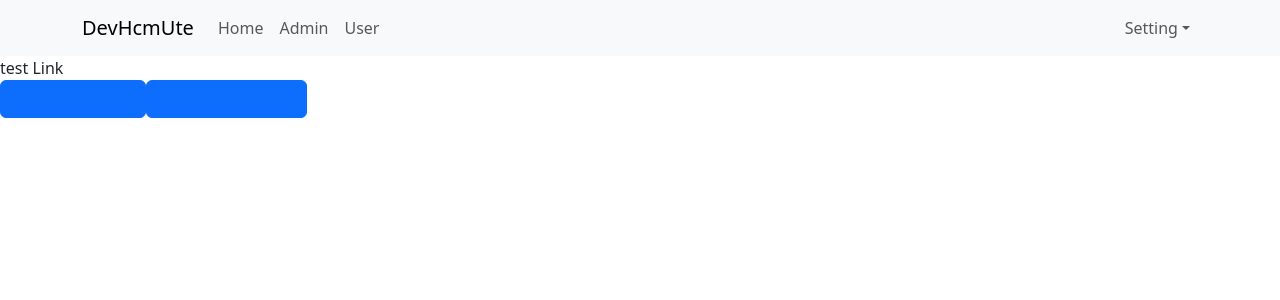
Repository: nnbxxx/React-Untimate
Page: /
An editor plug-in stored every save of this project. The page is shown before and after the next save, followed by the edit.
The browser window is 1280 px wide. The pictures show the whole page.
The project was rebuilt for these pictures with package versions that can differ from the ones it lists, and the page was loaded fresh each time. Also part of the build but not shown: src/components/User/User.js, src/components/Admin/Admin.js.

Above is the page before, as saved 2023-04-11 16:33:39.

### src/index.js
import React from "react";
import ReactDOM from "react-dom/client";
import App from "./App";
import reportWebVitals from "./reportWebVitals";
import { Provider } from "react-redux";
import store from "./redux/store";
import "bootstrap/dist/css/bootstrap.min.css";
import User from "./components/User/User";
import Admin from "./components/Admin/Admin";
import {
  createBrowserRouter,
  RouterProvider,
  BrowserRouter,
  Route,
  Routes,
} from "react-router-dom";
const root = ReactDOM.createRoot(document.getElementById("root"));
root.render(
  <Provider store={store}>
    {/* <React.StrictMode> */}
    <BrowserRouter>
      <Routes>
        <Route path='/' element={<App />} />
        <Route path='users' element={<User />} />
        <Route path='admins' element={<Admin />} />
      </Routes>
    </BrowserRouter>

    {/* </React.StrictMode> */}
  </Provider>
);

// If you want to start measuring performance in your app, pass a function
// to log results (for example: reportWebVitals(console.log))
// or send to an analytics endpoint. Learn more: https://bit.ly/CRA-vitals
reportWebVitals();

### src/App.js
import { Button } from "react-bootstrap";
import "./App.scss";
import Header from "./components/Header/Header";
import { Link } from "react-router-dom";

const App = () => {
  return (
    <div className='app-container'>
      <Header />
      <div>
        test Link
        <div>
          <Button>
            <Link to='./users'>Go to user page</Link>
          </Button>
          <Button>
            <Link to='./admins'>Go to admin page</Link>
          </Button>
        </div>
      </div>
    </div>
  );
};

export default App;

### src/App.scss
body {
  padding: 0;
  margin: 0;
  font-family: -apple-system, BlinkMacSystemFont, "Segoe UI", "Roboto", "Oxygen",
    "Ubuntu", "Cantarell", "Fira Sans", "Droid Sans", "Helvetica Neue",
    sans-serif;
  -webkit-font-smoothing: antialiased;
  -moz-osx-font-smoothing: grayscale;
}

### src/components/Header/Header.js
import Container from "react-bootstrap/Container";
import Nav from "react-bootstrap/Nav";
import Navbar from "react-bootstrap/Navbar";
import NavDropdown from "react-bootstrap/NavDropdown";
import { Link } from "react-router-dom";

const Header = () => {
  return (
    <Navbar bg='light' expand='lg'>
      <Container>
        <Navbar.Brand href='/'>DevHcmUte</Navbar.Brand>
        <Navbar.Toggle aria-controls='basic-navbar-nav' />
        <Navbar.Collapse id='basic-navbar-nav'>
          <Nav className='me-auto'>
            <Nav.Link href='/'>Home</Nav.Link>
            <Nav.Link href='admins'>Admin</Nav.Link>
            <Nav.Link href='users'>User</Nav.Link>
          </Nav>
          <Nav>
            <NavDropdown title='Setting' id='basic-nav-dropdown'>
              <NavDropdown.Item href='#action/3.1'>Log in</NavDropdown.Item>
              <NavDropdown.Item href='#action/3.2'>Log out</NavDropdown.Item>
              <NavDropdown.Item href='#action/3.3'>Profile</NavDropdown.Item>
              <NavDropdown.Divider />
              <NavDropdown.Item href='#action/3.4'>
                Separated link
              </NavDropdown.Item>
            </NavDropdown>
          </Nav>
        </Navbar.Collapse>
      </Container>
    </Navbar>
  );
};

export default Header;

Loaded but not shown: public/index.html (common file); src/reportWebVitals.js (common file); src/redux/store.js (common file); src/redux/reducer/rootReducer.js (common file); src/redux/reducer/counterReducer.js (common file); src/redux/action/counterAction.js (common file)

After the next save:
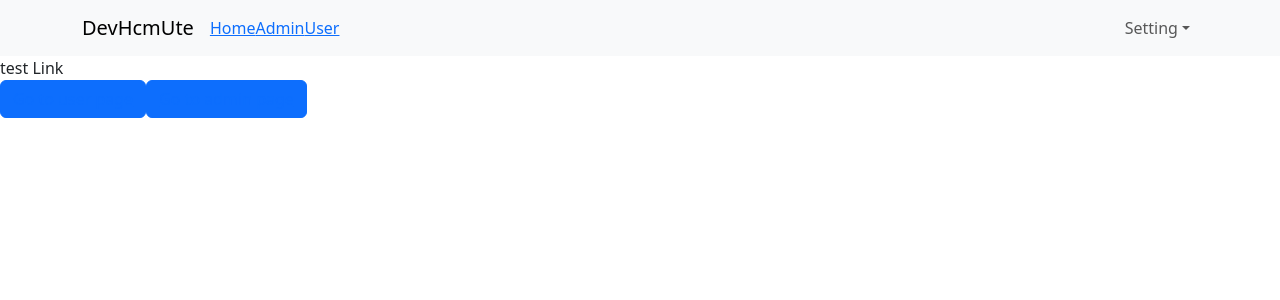
Saved 11 s later.
--- a/src/components/Header/Header.js
+++ b/src/components/Header/Header.js
@@ -12,9 +12,9 @@
         <Navbar.Toggle aria-controls='basic-navbar-nav' />
         <Navbar.Collapse id='basic-navbar-nav'>
           <Nav className='me-auto'>
-            <Nav.Link href='/'>Home</Nav.Link>
-            <Nav.Link href='admins'>Admin</Nav.Link>
-            <Nav.Link href='users'>User</Nav.Link>
+            <Link href='/'>Home</Link>
+            <Link href='admins'>Admin</Link>
+            <Link href='users'>User</Link>
           </Nav>
           <Nav>
             <NavDropdown title='Setting' id='basic-nav-dropdown'>

After the 2 saves that followed:
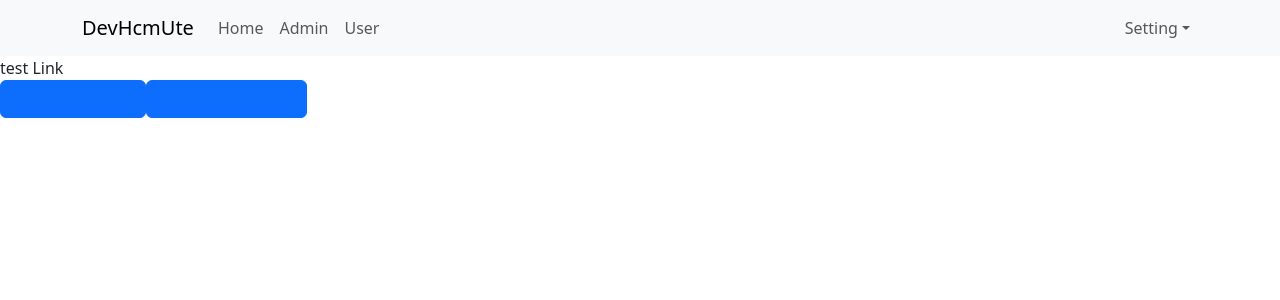
The 2 saves are shown as one change because 1 left the picture as it was.
The last was saved 60 s later.
--- a/src/components/Header/Header.js
+++ b/src/components/Header/Header.js
@@ -12,9 +12,15 @@
         <Navbar.Toggle aria-controls='basic-navbar-nav' />
         <Navbar.Collapse id='basic-navbar-nav'>
           <Nav className='me-auto'>
-            <Link href='/'>Home</Link>
-            <Link href='admins'>Admin</Link>
-            <Link href='users'>User</Link>
+            <Link href='/' className='nav-link'>
+              Home
+            </Link>
+            <Link href='admins' className='nav-link'>
+              Admin
+            </Link>
+            <Link href='users' className='nav-link'>
+              User
+            </Link>
           </Nav>
           <Nav>
             <NavDropdown title='Setting' id='basic-nav-dropdown'>
